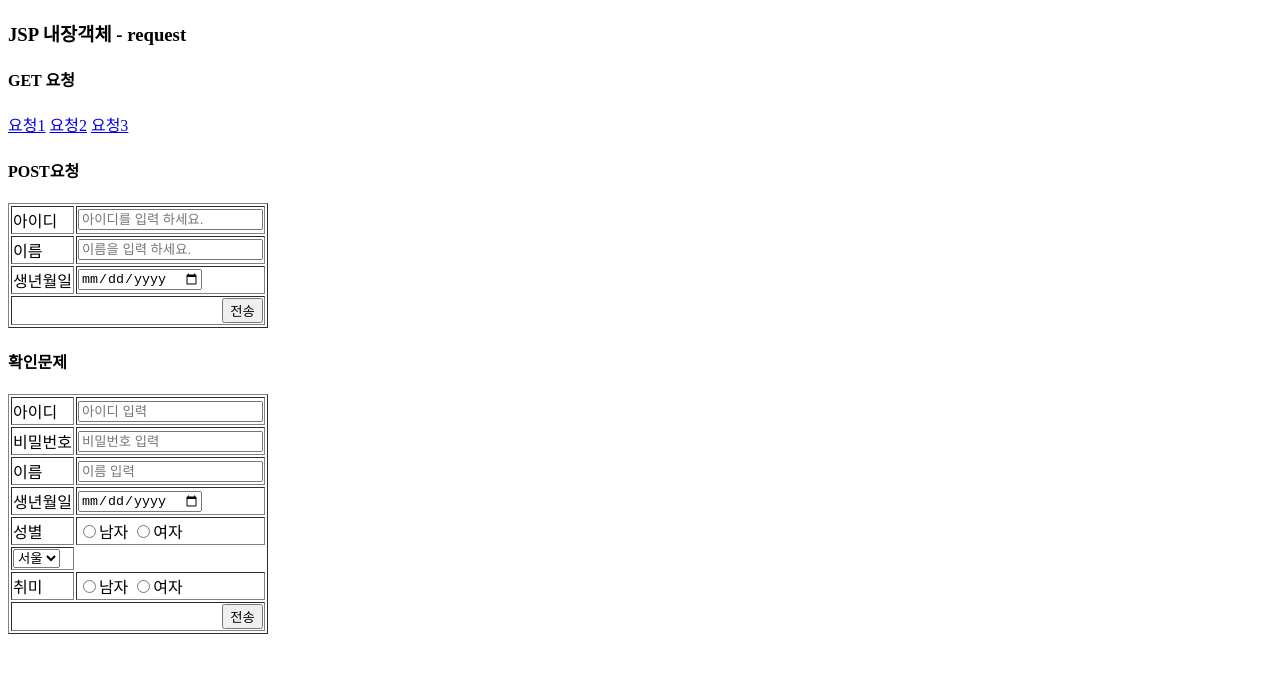
Repository: SangKyuuu/Jsp
Page: http://localhost/ch03/1_request.jsp
The author's editor kept a copy of each file at every save. The page is drawn from the files as they stood at one save, then again after the next save.
The browser window is 1280 px wide. The pictures show the whole page.
The page is served by Tomcat 9.

Above is the page before, as saved 2025-07-28 05:26:35.

### ch03/src/main/webapp/1_request.jsp
<%@ page contentType="text/html; charset=UTF-8" pageEncoding="UTF-8"%>
<!DOCTYPE html>
<html>
	<head>
		<meta charset="UTF-8">
		<title>JSP 내장객체 - request</title>
		<!--
			25/07/28
			최상규
			JSP 내장객체 request 실습하기

			Request 내장객체
			- 클라이언트의 요청 정보를 갖는 JSP 내장객체
			- 클라이언트의 전송 데이터를 수신처리하는 기능 제공

			GET요청
			- 기본 데이터 요청 방식, 전송데이터를 쿼리스트링으로 전송(URL주소에 붙여 전송 ?key = value& )
			- 보안에 취약하지만 POST전송 대비 빠른 전송

			POST요청
			- 전송 데이터를 요청객체의 body에 저장해서 전송되는 방식
			- 보안에 유리하고 대량의 데이터 전송에 적합
		 -->
	</head>
	<body>
		<h3>JSP 내장객체 - request</h3>

		<h4>GET 요청</h4>
		<a href="./proc/result1.jsp?uid=a101">요청1</a>
		<a href="./proc/result1.jsp?uid=a102&name=홍길동">요청2</a>
		<a href="./proc/result1.jsp?uid=a103&name=김유신&age=23">요청3</a>

		<h4>POST요청</h4>
		<form action="./proc/result2.jsp" method="post">
			<table border="1">
				<tr>
					<td>아이디</td>
					<td><input type="text" name="uid" placeholder = "아이디를 입력 하세요." /></td>
				</tr>
				<tr>
					<td>이름</td>
					<td><input type="text" name="name" placeholder = "이름을 입력 하세요." /></td>
				</tr>
				<tr>
					<td>생년월일</td>
					<td><input type="date" name="birth" /></td>
				</tr>
				<tr>
					<td colspan="2" align = "right">
						<input type="submit" value = "전송" />
					</td>
				</tr>
			</table>
		</form>

		<h4>확인문제</h4>
		<form action="./proc/result3.jsp" method="post">
			<table border="1">
				<tr>
					<td>아이디</td>
					<td><input type="text" name="id" placeholder="아이디 입력"/></td>
				</tr>
				<tr>
					<td>비밀번호</td>
					<td><input type="password" name="pw" placeholder="비밀번호 입력"/></td>
				</tr>
				<tr>
					<td>이름</td>
					<td><input type="text" name="name" placeholder="이름 입력"/></td>
				</tr>
				<tr>
					<td>생년월일</td>
					<td><input type="date" name="birth" /></td>
				</tr>
				<tr>
					<td>성별</td>
					<td>
						<label><input type="radio" name="gender" value="남자"/>남자</label>
						<label><input type="radio" name="gender" value="여자"/>여자</label>
					</td>
				</tr>
				<tr>
					<td>
						<select name = "address">
							<option>서울</option>
							<option>대전</option>
							<option>대구</option>
							<option>부산</option>
							<option>광주</option>
						</select>
					</td>
				</tr>
				<tr>
					<td>취미</td>
					<td>
						<label><input type="radio" name="gender" value="남자"/>남자</label>
						<label><input type="radio" name="gender" value="여자"/>여자</label>
					</td>
				</tr>
				<tr>
					<td colspan="2" align = "right">
						<input type="submit" value = "전송" />
					</td>
				</tr>
			</table>
		</form>

	</body>
</html>

After the next save:
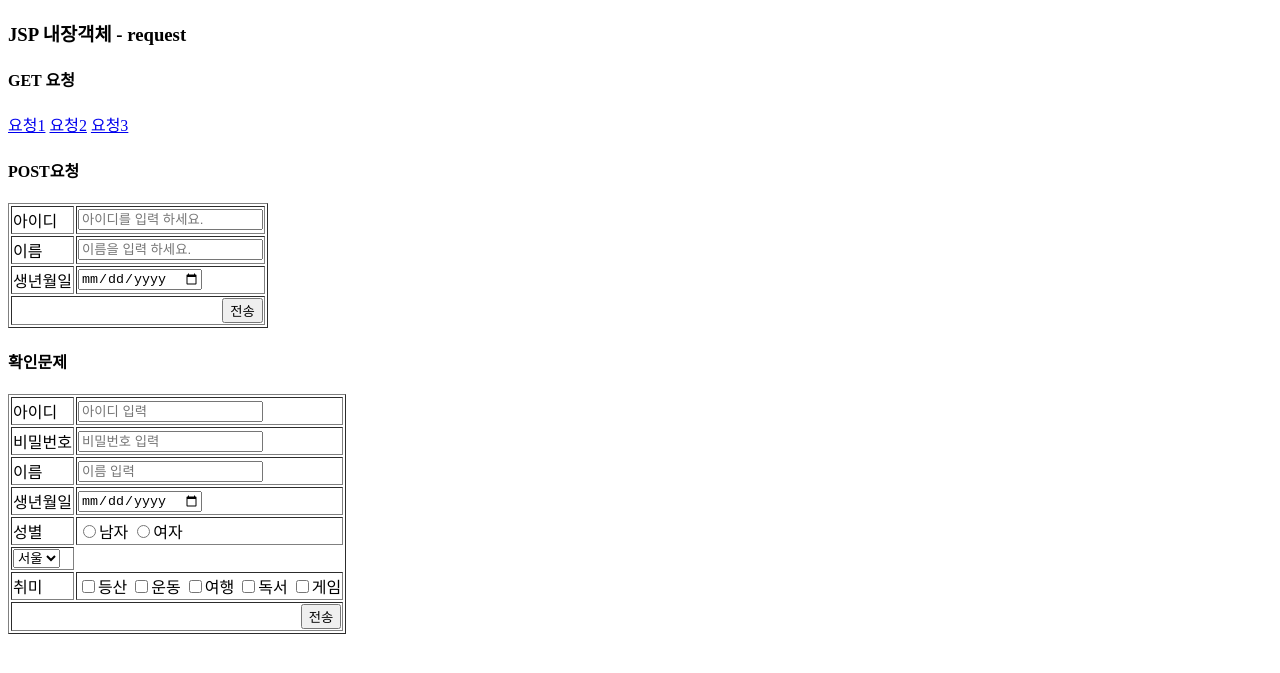
Saved 44 s later.
--- a/ch03/src/main/webapp/1_request.jsp
+++ b/ch03/src/main/webapp/1_request.jsp
@@ -93,8 +93,11 @@
 				<tr>
 					<td>취미</td>
 					<td>
-						<label><input type="radio" name="gender" value="남자"/>남자</label>
-						<label><input type="radio" name="gender" value="여자"/>여자</label>
+						<label><input type="checkbox" name="hobby" value="등산"/>등산</label>
+						<label><input type="checkbox" name="hobby" value="운동"/>운동</label>
+						<label><input type="checkbox" name="hobby" value="여행"/>여행</label>
+						<label><input type="checkbox" name="hobby" value="독서"/>독서</label>
+						<label><input type="checkbox" name="hobby" value="게임"/>게임</label>
 					</td>
 				</tr>
 				<tr>
